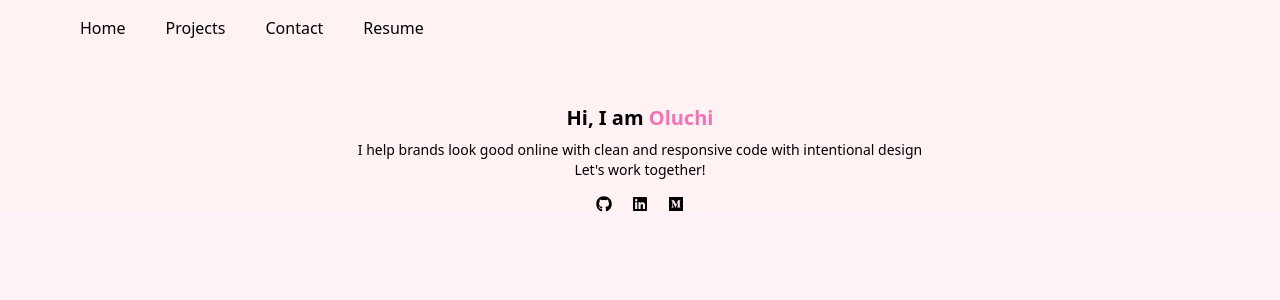
Repository: ooluchi/portfolio_
Page: / (app in my-react-app/)
An editor plug-in stored every save of this project. The page is shown before and after the next save, followed by the edit.
The browser window is 1280 px wide. The pictures show the whole page.
The project was rebuilt for these pictures with package versions that can differ from the ones it lists, and the page was loaded fresh each time. Also part of the build but not shown: my-react-app/vite.config.ts.

Above is the page before, as saved 2025-11-20 18:09:38.

### my-react-app/src/index.css
@import url("https://fonts.googleapis.com/css2?family=Kumbh+Sans:wght@100;200;300;400;500;600;700;800;900&display=swap");
@tailwind base;
@tailwind components;
@tailwind utilities;

* {
    margin: 0;
    padding: 0;
    box-sizing: border-box;
  }

  body {
  @apply bg-pink-50   overflow-x-hidden;
}

### my-react-app/src/App.tsx

import './index.css'
import Home from './components/Home'
import NavBar from './components/NavBar'

export default function App() {

  return (
    <div className='bg-red-50'>
    <NavBar />
    <Home />
    </div>
  )
}

### my-react-app/src/components/Home.tsx
import { FaGithub, FaLinkedin, FaMedium } from "react-icons/fa";

import "../index.css";


export default function Home() {
  return (
    <div className="">

      <div className="text-center  ">
        <h1 className="font-semibold mt-12 text-xl">Hi, I am <span className="text-pink-400">Oluchi</span></h1>
        <div className="mt-2 text-sm">
          <p>I help brands look good online with clean and responsive code with intentional design </p>
          <p>Let's work together!</p>
        </div>

      </div>
      <div className="flex justify-center gap-5 mt-4">
        <a
          href="https://github.com/ooluchi"
          target="_blank"
          rel="noreferrer"
          aria-label="GitHub"
        >
          <FaGithub/>
        </a>
        <a
          href="https://github.com/ooluchi"
          target="_blank"
          rel="noreferrer"
          aria-label="LinkedIn"
        >
        <FaLinkedin />
        </a>

        <a
          href="https://medium.com/@ooluchiokoro"
          target="_blank"
          rel="noreferrer"
          aria-label="Medium"
        >
          <FaMedium />
        </a>

      </div>
    </div>
  )
}

### my-react-app/src/components/NavBar.tsx

import "../index.css";





export default function NavBar() {

  // const [isOpen, setIsOpen] = useState(false);

  return (
    <nav className="text-center">
      <div className="text-center py-4 ">
        <div className="">
          <div className="">

          </div>
          <div className="">
            <ul className={`flex flex-row ml-20 gap-10`}>
              <li className=""><a href="#">Home</a></li>
              <li className=""><a href="#">Projects</a></li>
              <li className=""><a href="#">Contact</a></li>
              <li className=""><a href="#">Resume</a></li>
            </ul>
          </div>

        </div>


      </div>

    </nav>
  )
}

Loaded but not shown: my-react-app/index.html (common file); my-react-app/src/main.tsx (common file); my-react-app/tailwind.config.js (common file)

After the next save:
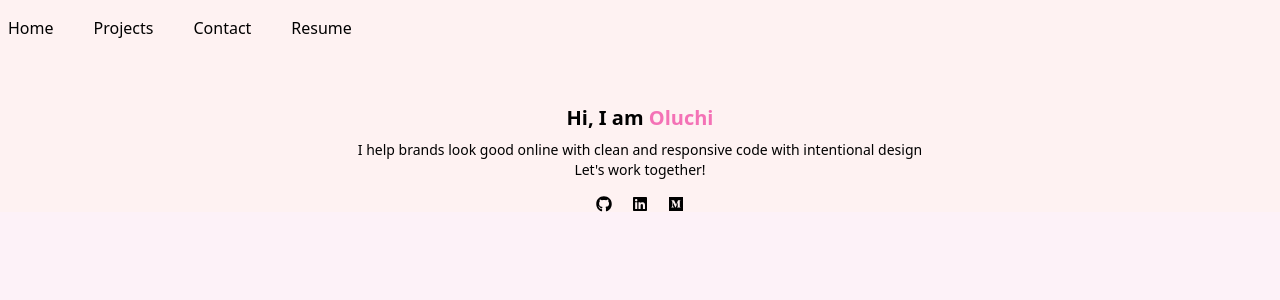
Saved 6 s later.
--- a/my-react-app/src/components/NavBar.tsx
+++ b/my-react-app/src/components/NavBar.tsx
@@ -17,7 +17,7 @@
 
           </div>
           <div className="">
-            <ul className={`flex flex-row ml-20 gap-10`}>
+            <ul className={`flex flex-row ml-2 gap-10`}>
               <li className=""><a href="#">Home</a></li>
               <li className=""><a href="#">Projects</a></li>
               <li className=""><a href="#">Contact</a></li>

After the save that followed:
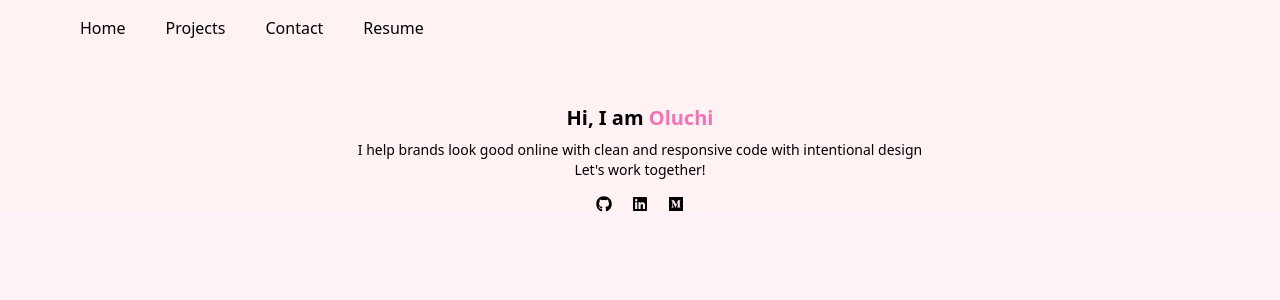
Saved 119 s later.
--- a/my-react-app/src/components/NavBar.tsx
+++ b/my-react-app/src/components/NavBar.tsx
@@ -17,7 +17,7 @@
 
           </div>
           <div className="">
-            <ul className={`flex flex-row ml-2 gap-10`}>
+            <ul className={`flex flex-row ml-20 gap-10`}>
               <li className=""><a href="#">Home</a></li>
               <li className=""><a href="#">Projects</a></li>
               <li className=""><a href="#">Contact</a></li>
